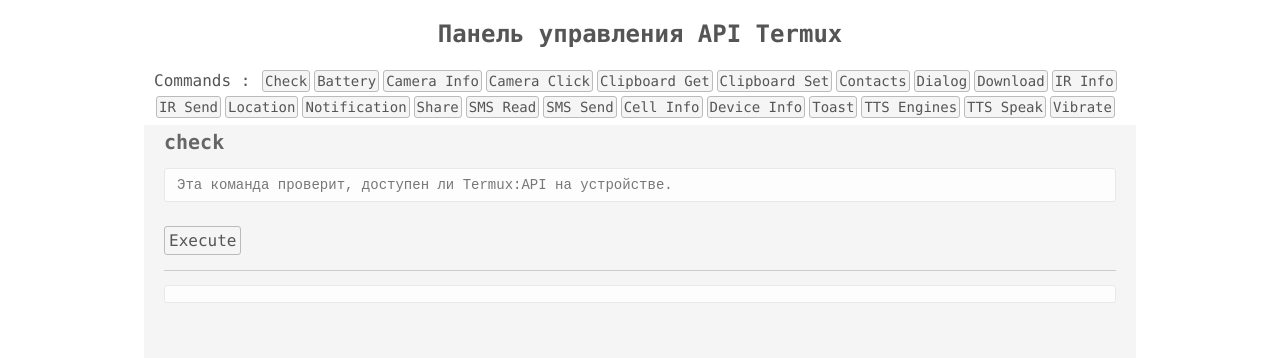
Repository: easy-quest/PHP-Termux-API
Page: http://localhost/api.php
An editor plug-in stored every save of this project. The page is shown before and after the next save, followed by the edit.
The browser window is 1280 px wide. The pictures show the whole page.
The page is run by PHP 8.4 with error messages shown; the project is at /var/www/html/.

Above is the page before, as saved 2021-12-02 01:32:46.

### api.php
<?php
if(isset($_REQUEST['command']) && isset($_REQUEST['param'])){
  /* Check if Termux:API is available */
  if($_REQUEST['command']=="check"){
    $test = shell_exec('termux-battery-status -h');
    if (substr($test, 0, 5) === 'Usage'){
      die("Termux:API is available");
    }
    else{
      die("Termux:API is not available");
    }
  }

  $command=$_REQUEST['command'];
  $param=$_REQUEST['param'];
  if(!$param==""){
    $response=shell_exec("$command $param");
  }
  else{
    $response=shell_exec("$command");
  }

  echo $response;
  exit();
}
?>
<!DOCTYPE html>
<html>
<head>
<meta name="viewport" content="width=device-width, initial-scale=1.0">
<style>
* {
  box-sizing: border-box;
}
.btn{
  background-color:#f5f5f5;
  display: inline-block;
  color: #555;
  text-align: center;
  border: solid 1px #bbb;
  border-radius:3px;
}
.btn:hover{
  cursor: pointer;
  background-color: #ddd;
}
pre{
  padding:8px 12px;
  overflow-x:scroll;
  border: 1px solid #e8e8e8;
  border-radius:3px;
  background-color:#fdfdfd;
  color:#777;
  font-size:14px
}
code{
  border: 0;
  padding-right: 0;
  padding-left: 0;
}
input{
  font-family:MonoSpace;
  color:#555;
  border:solid 1px #bbb;
  border-radius:4px;
  padding:4px;
  outline:none
}
.commands {
  max-width:992px;
  margin:auto;
  padding-left:10px;
  padding-right:10px;
}
.commands a {
  background-color:#f5f5f5;
  display: inline-block;
  color: #555;
  text-align: center;
  border: solid 1px #bbb;
  border-radius:3px;
  font-size:14px;
  color: #555;
  padding: 2px;
  margin:2px;
  text-decoration: none;
}
.commands a:hover{
  cursor: pointer;
  background-color: #ddd;
}
.execute{
  padding:4px;
  margin-top:10px;
}
.main {
  margin:auto;
  margin-top:5px;
  max-width:992px;
  padding:5px 20px;
  background:#f5f5f5;
  min-height:350px;
}
#photo-link{
  padding:4px;
  margin-top:5px;
  margin-bottom:50px;
  text-decoration:none;
}

@media only screen and (max-width:992px) {
  .commands, .main{
    width:100%;
  }
}
</style>
</head>
<body style="color:#555;font-family:Consolas, MonoSpace;margin:0px;">
  <h2 style="text-align:center">Панель управления API Termux</h2>
  <div class="commands">
    Commands :
    <a onclick="cmd(0)" href=#>Check</a><a onclick="cmd(1)" href=#>Battery</a><a onclick="cmd(2)" href=#>Camera Info</a><a onclick="cmd(3)" href=#>Camera Click</a><a onclick="cmd(4)" href=#>Clipboard Get</a><a onclick="cmd(5)" href=#>Clipboard Set</a><a onclick="cmd(6)" href=#>Contacts</a><a onclick="cmd(7)" href=#>Dialog</a><a onclick="cmd(8)" href=#>Download</a><a onclick="cmd(9)" href=#>IR Info</a><a onclick="cmd(10)" href=#>IR Send</a><a onclick="cmd(11)" href=#>Location</a><a onclick="cmd(12)" href=#>Notification</a><a onclick="cmd(13)" href=#>Share</a><a onclick="cmd(14)" href=#>SMS Read</a><a onclick="cmd(15)" href=#>SMS Send</a><a onclick="cmd(16)" href=#>Cell Info</a><a onclick="cmd(17)" href=#>Device Info</a><a onclick="cmd(18)" href=#>Toast</a><a onclick="cmd(19)" href=#>TTS Engines</a><a onclick="cmd(20)" href=#>TTS Speak</a><a onclick="cmd(21)" href=#>Vibrate</a>
  </div>
  <div class="main">
    <div id="command" style="color:#666;font-weight:bold;font-size:20px"></div>
    <pre style="white-space:pre-wrap;"><code id= "documentation"></code></pre>
    <div>
      <div id="param" style="margin-top:10px">
        <span style="">Enter parameters : </span>
        <input id="paramInput">
      </div>
      <div onclick="execute()" class="execute btn">Execute</div>
    </div>
    <div style="border-top:solid 1px #ccc;width:100%;height:1px;margin:auto;margin-top:15px;margin-bottom:5px;"></div>
    <pre><code id= "response"></code></pre>
  </div>

  <script>
  var api = {
    0:{command:"check",doc:"Эта команда проверит, доступен ли Termux:API на устройстве.",sampleParam:""},
    1:{command:"termux-battery-status",doc:"Usage: termux-battery-status\nGet the status of the device battery.",sampleParam:""},
    2:{command:"termux-camera-info",doc:"Usage: termux-camera-info\nGet information about device camera(s).",sampleParam:""},
    3:{command:"termux-camera-photo",doc:"Usage: termux-camera-photo [-c camera-id] output-file\nTake a photo and save it to a file in JPEG format.\n\n  -c camera-id  ID of the camera to use (see termux-camera-info), default: 0",sampleParam:"-c 0 photo.jpg"},
    4:{command:"termux-clipboard-get",doc:"Usage: termux-clipboard-get\nGet the system clipboard text.",sampleParam:""},
    5:{command:"termux-clipboard-set",doc:"Usage: termux-clipboard-set [text]\nSet the system clipboard text. The text to set is either supplied as arguments or read from stdin if no arguments are given.",sampleParam:"Hello"},
    6:{command:"termux-contact-list",doc:"Usage: termux-contact-list\nList all contacts.",sampleParam:""},
    7:{command:"termux-dialog",doc:"Usage: termux-dialog [-i hint] [-m] [-p] [-t title]\nShow a text entry dialog.\n\n  -i hint   the input hint to show when the input is empty\n  -m        use a textarea with multiple lines instead of a single\n  -p        enter the input as a password\n  -t title  the title to show for the input prompt",sampleParam:"-t Enter Something"},
    8:{command:"termux-download",doc:"Usage: termux-download [-d description] [-t title] url-to-download\nDownload a resource using the system download manager.\n\n  -d description  description for the download request notification\n  -t title        title for the download request notification",sampleParam:"-t Anupam http://g.jpg"},
    9:{command:"termux-infrared-frequencies",doc:"Usage: termux-infrared-frequencies\nQuery the infrared transmitter's supported carrier frequencies.",sampleParam:""},
    10:{command:"termux-infrared-transmit",doc:"Usage: termux-infrared-transmit -f frequency pattern\nTransmit an infrared pattern. The pattern is specified in comma-separated on/off intervals, such as '20,50,20,30'. Only patterns shorter than 2 seconds will be transmitted.\n\n  -f frequency  IR carrier frequency in Hertz",sampleParam:"-f 30000 20,50,20,30"},
    11:{command:"termux-location",doc:"usage: termux-location [-p provider] [-r request]\nGet the device location.\n\n  -p provider  location provider [gps/network/passive] (default: gps)\n  -r request   kind of request to make [once/last/updates] (default: once)",sampleParam:"-p gps -r once"},
    12:{command:"termux-notification",doc:"Usage: termux-notification [-c content] [-i id] [-t title] [-u url]\nDisplay a system notification.\n\n  -c content notification content to show\n  -i id      notification id (will overwrite any previous notification\n               with the same id)\n  -t title   notification title to show\n  -u url     notification url when clicking on it",sampleParam:"-c This is a notification -t Notification"},
    13:{command:"termux-share",doc:"Usage: termux-share [-a action] [-c content-type] [-d] [-t title] [file]\nShare a file specified as argument or the text received on stdin if no file argument is given.\n\n  -a action        which action to performed on the shared content:\n                     edit/send/view (default:view)\n  -c content-type  content-type to use (default: guessed from file extension,\n                     text/plain for stdin)\n  -d               share to the default receiver if one is selected\n                     instead of showing a chooser\n\n  -t title         title to use for shared content (default: shared file name)",sampleParam:"-a view photo.jpg"},
    14:{command:"termux-sms-inbox",doc:"Usage: termux-sms-inbox [-d] [-l limit] [-n] [-o offset]\nList received SMS messages.\n\n  -d         show dates when messages were created\n  -l limit   offset in sms list (default: 10)\n  -n         show phone numbers\n  -o offset  offset in sms list (default: 0)",sampleParam:"-l 10 -n -o 0"},
    15:{command:"termux-sms-send",doc:"Usage: termux-sms-send -n number[,number2,number3,...] [text]\nSend a SMS message to the specified recipient number(s). The text to send is either supplied as arguments or read from stdin if no arguments are given.\n\n  -n number(s)  recipient number(s) - separate multiple numbers by commas",sampleParam:"-n 1234567890 Hello"},
    16:{command:"termux-telephony-cellinfo",doc:"Usage: termux-telephony-cellinfo\nGet information about all observed cell information from all radios on the device including the primary and neighboring cells.",sampleParam:""},
    17:{command:"termux-telephony-deviceinfo",doc:"Usage: termux-telephony-deviceinfo\nGet information about the telephony device.",sampleParam:""},
    18:{command:"termux-toast",doc:"Usage: termux-toast [-s] [text]\nShow text in a Toast (a transient popup). The text to show is either supplied as arguments or read from stdin if no arguments are given.\n\n -s  only show the toast for a short while",sampleParam:"-s This is a toast"},
    19:{command:"termux-tts-engines",doc:"Usage: termux-tts-engines\nGet information about the available text-to-speech (TTS) engines. The name of an engine may be given to the termux-tts-speak command using the -e option.",sampleParam:""},
    20:{command:"termux-tts-speak",doc:"Usage: termux-tts-speak [-e engine] [-l language] [-p pitch] [-r rate] [-s stream] [text-to-speak]\nSpeak text with a system text-to-speech (TTS) engine. The text to speak is either supplied as arguments or read from stdin if no arguments are given.\n\n  -e engine    TTS engine to use (see termux-tts-engines)\n  -l language  language to speak in (may be unsupported by the engine)\n  -p pitch     pitch to use in speech. 1.0 is the normal pitch,\n                 lower values lower the tone of the synthesized voice,\n                 greater values increase it.\n  -r rate      speech rate to use. 1.0 is the normal speech rate,\n                 lower values slow down the speech\n                 (0.5 is half the normal speech rate)\n                 while greater values accelerates it\n                 (2.0 is twice the normal speech rate).\n  -s stream    audio stream to use (default:NOTIFICATION), one of:\n                 ALARM, MUSIC, NOTIFICATION, RING, SYSTEM, VOICE_CALL",sampleParam:"-p 1.3 Hello How are you"},
    21:{command:"termux-vibrate",doc:"Usage: termux-vibrate [-d duration] [-f]\nVibrate the device.\n\n  -d duration  the duration to vibrate in ms (default:1000)\n  -f           force vibration even in silent mode",sampleParam:"-d 500"}
  }

  //default values
  var command = api[0].command;
  var param = "";
  var doc = api[0].doc;
  var msg = "";

  document.getElementById("param").hidden= true;
  document.getElementById("response").innerHTML = msg;
  document.getElementById("command").innerHTML = command;
  document.getElementById("documentation").innerHTML = doc;

/** Function to select command and sampleParam*/
  function cmd(id=0){
    command = api[id].command;
    var doc = api[id].doc;
    var sampleParam = api[id].sampleParam;
    document.getElementById("documentation").innerHTML = doc;
    document.getElementById("command").innerHTML = command;
    document.getElementById("response").innerHTML = msg;
    var photoLink = document.getElementById("photo-link");
    if(photoLink){
      photoLink.parentNode.removeChild(photoLink);
    }
    if(sampleParam==""){
      document.getElementById("param").hidden = true;
      document.getElementById("paramInput").value = "";
    }
    else{
      document.getElementById("param").hidden = false;
      document.getElementById("paramInput").value = sampleParam;
    }
  }

/** Function to send AJAX Request with command and param, then show the response*/
  function execute(){
    param = document.getElementById("paramInput").value;
    var xhttp = new XMLHttpRequest();
    xhttp.onreadystatechange = function() {
      if(this.readyState == 1){
        document.getElementById("response").innerHTML = "server connection established";
      }
      if(this.readyState == 2){
        document.getElementById("response").innerHTML = "request received";
      }
      if(this.readyState == 3){
        document.getElementById("response").innerHTML = "processing request";
      }
      if (this.readyState == 4 && this.status == 200) {
        document.getElementById("response").innerHTML = this.responseText;
        if(command=="termux-camera-photo"){
          var name = param.substring(5);
          var l = document.createElement("a");
          var text = document.createTextNode("View Image");
          l.appendChild(text);
          l.setAttribute("href",name);
          l.setAttribute("target","_blank");
          l.setAttribute("id","photo-link");
          l.setAttribute("class","btn");
          document.getElementById("response").parentElement.parentElement.appendChild(l);
        }
      }
    };
    xhttp.open("POST", "<?php echo basename(__FILE__);?>", true);
    xhttp.setRequestHeader("Content-type", "application/x-www-form-urlencoded");
    xhttp.send("command=" + command + "&param=" + param);
  }
  </script>
</body>
</html>

After the next save:
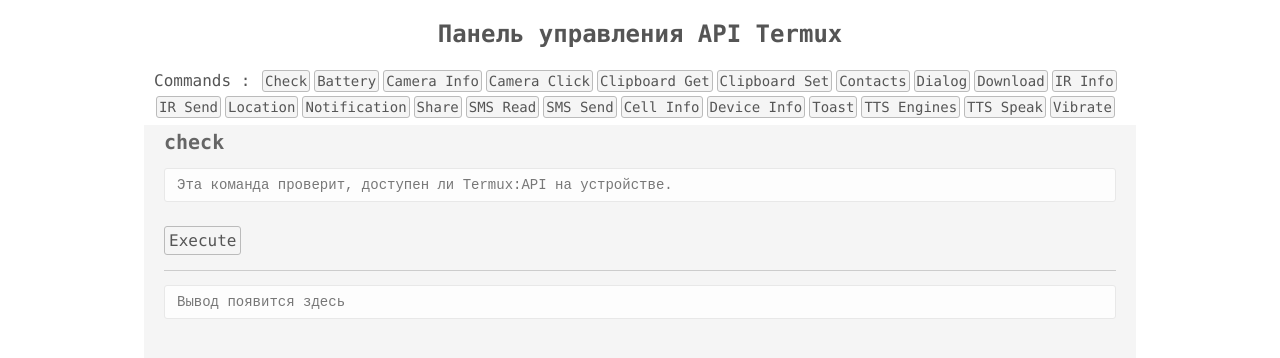
Saved 7 s later.
--- a/api.php
+++ b/api.php
@@ -165,7 +165,7 @@
   var command = api[0].command;
   var param = "";
   var doc = api[0].doc;
-  var msg = "";
+  var msg = "Вывод появится здесь";
 
   document.getElementById("param").hidden= true;
   document.getElementById("response").innerHTML = msg;
